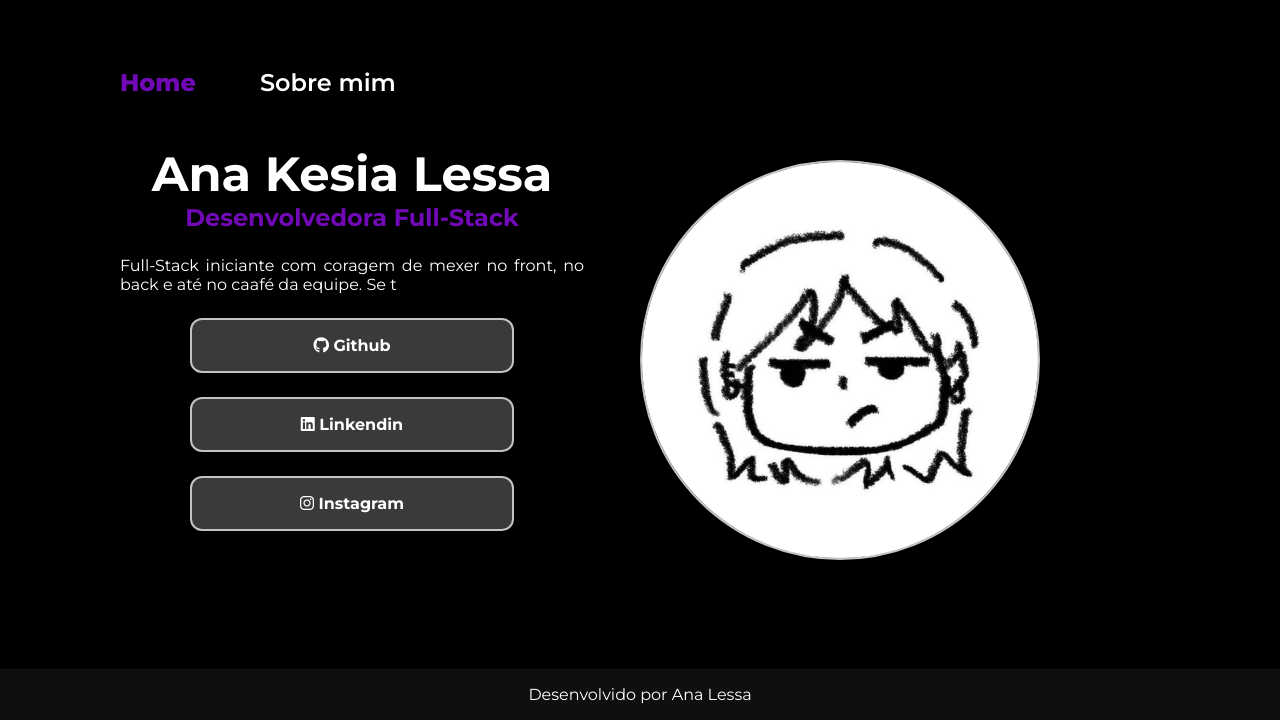
Repository: analessp/portfolio-developer
Page: index.html
An editor plug-in stored every save of this project. The page is shown before and after the next save, followed by the edit.
The browser window is 1280 px wide. The pictures show the whole page.

Above is the page before, as saved 2025-04-25 09:31:18.

After the next save:
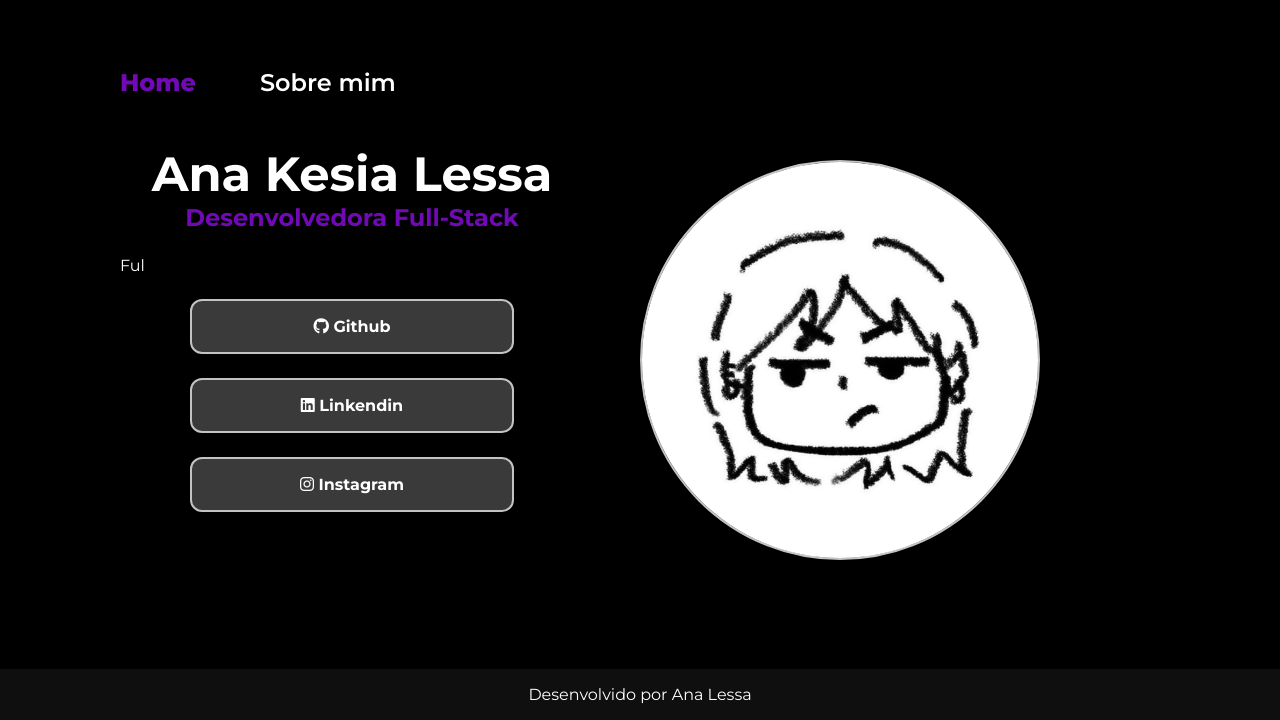
Saved 5 s later.
--- a/index.html
+++ b/index.html
@@ -34,7 +34,7 @@
             <h1>Ana Kesia Lessa</h1>
             <h2>Desenvolvedora Full-Stack</h2>
         </span>
-            <p>Full-Stack iniciante com coragem de mexer no front, no back e até no caafé da equipe. Se t</p>
+            <p>Ful</p>
         <ul class="social-links">
             <li>
                 <a *href*="https://github.com/analessp">
